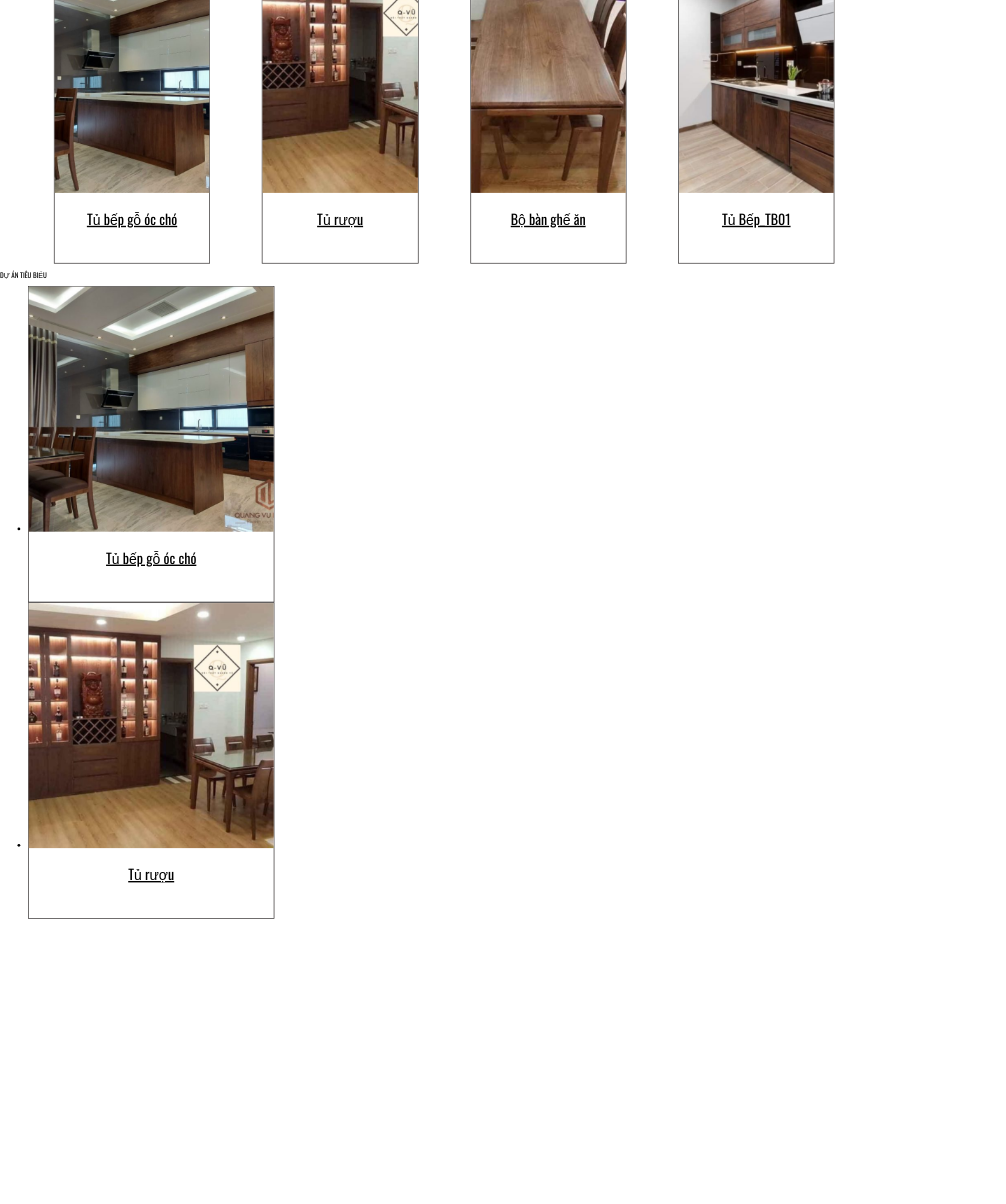
Repository: KHANHD192/FigmaTo-HTML
Page: APP-SHOP/index.html
The author's editor kept a copy of each file at every save. The page is drawn from the files as they stood at one save, then again after the next save.
The browser window is 1280 px wide. The page is 1437 px wide, so the pictures cover 1437 px, including what lies to the right of the window. The pictures show the part of the page from y = 1951 to 3671 px (the page is 4376 px tall), at 70% of full size.

Above is the page before, as saved 2022-11-21 17:04:44.

After the next save:
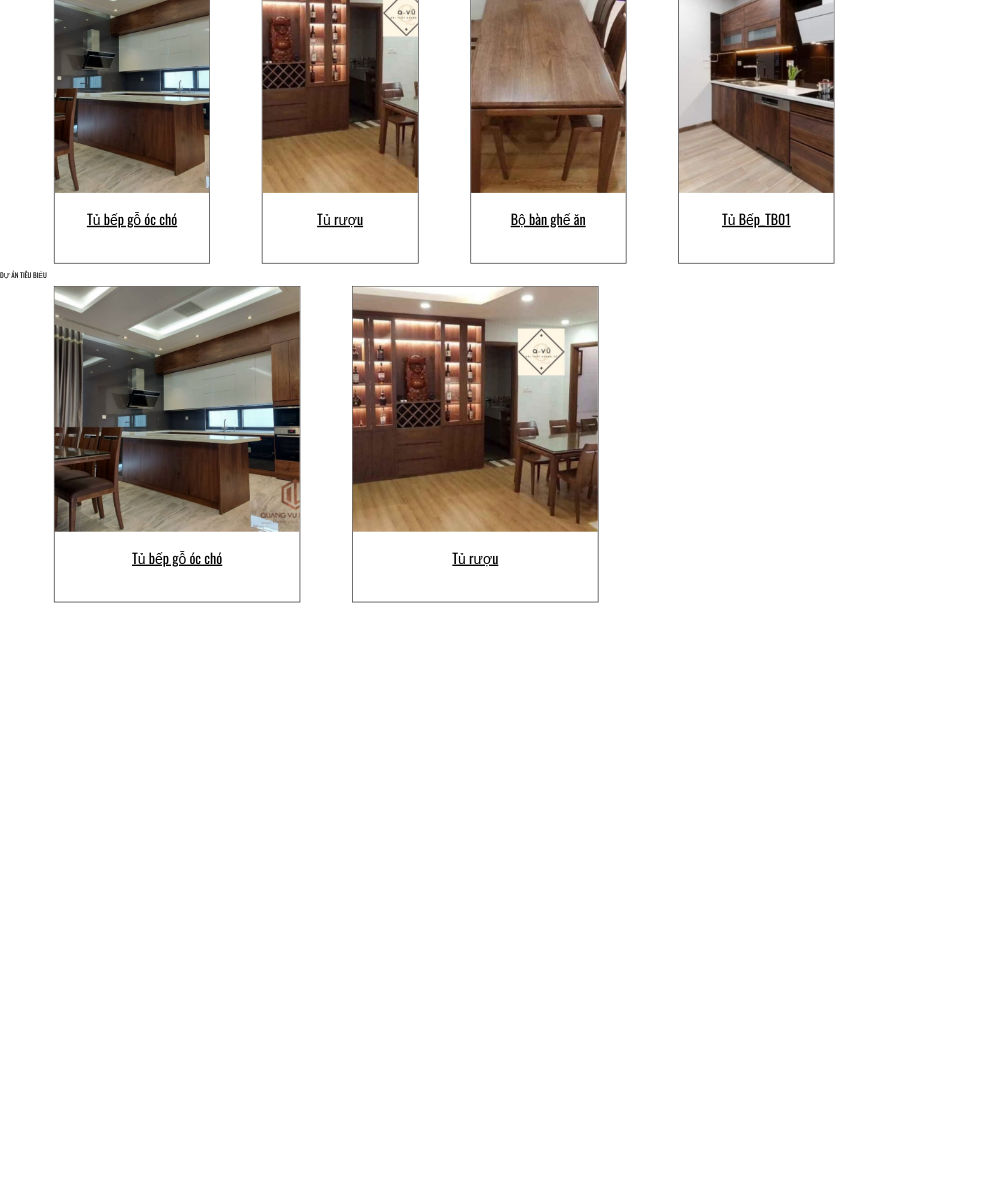
Saved 54 s later.
--- a/APP-SHOP/asset/Css_main/main.css
+++ b/APP-SHOP/asset/Css_main/main.css
@@ -61,3 +61,10 @@ li .wrap__image img{
     height: 100%;
     object-fit: cover;
 }
+.container__project .list__item{
+    list-style: none;
+    display: flex;
+    margin-left:77px;
+    margin-right: 88px;
+    padding-left: 0;
+}
